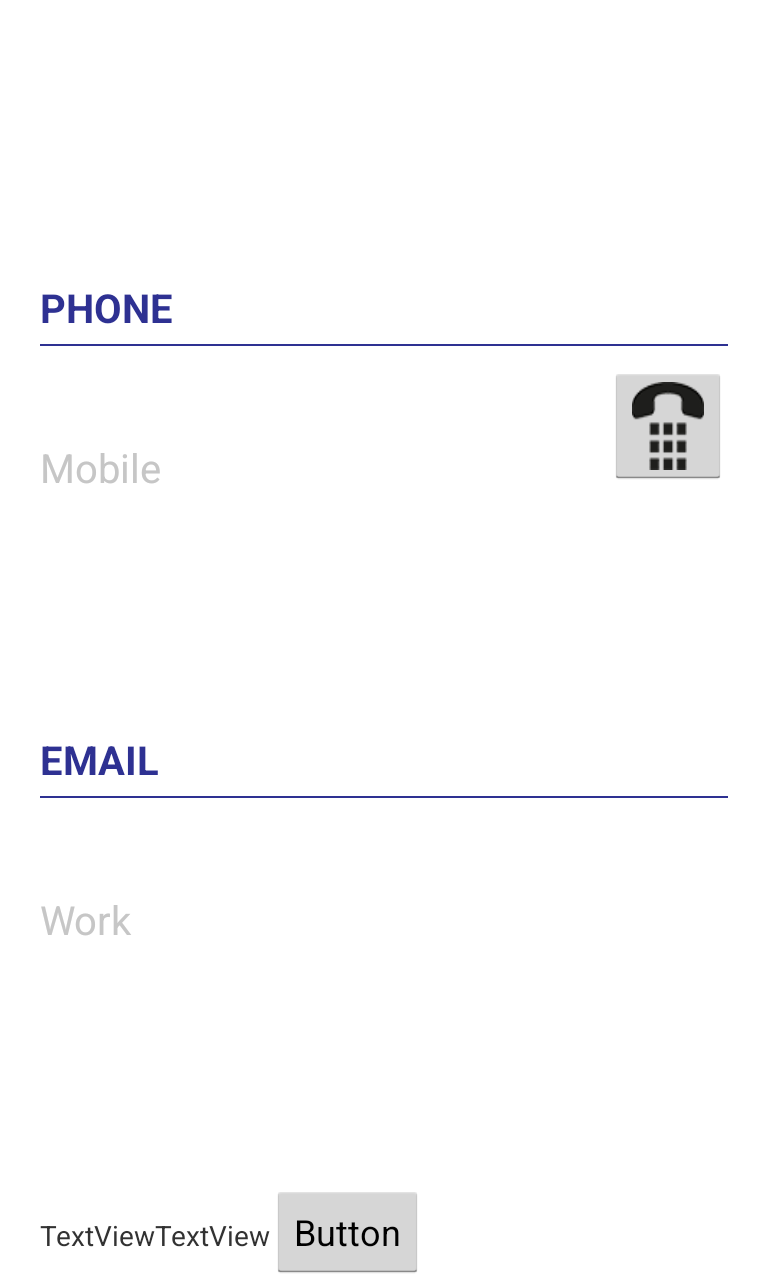
Repository: GitDidNotExitCleanly/FaceLabel
Layout: FaceLabel/res/layout/fragment_member_display.xml
These files come from the project's save history. The layout is drawn as it stood at one moment and after the next save; the edit follows.
It is drawn on a 768 x 1280 px phone screen (xhdpi) without system bars, with theme AppTheme; the app's code is not run.

Above is the layout before, as saved 2015-05-12 17:03:58.

### FaceLabel/res/layout/fragment_member_display.xml
<LinearLayout xmlns:android="http://schemas.android.com/apk/res/android"
    xmlns:tools="http://schemas.android.com/tools"
    android:layout_width="match_parent"
    android:layout_height="match_parent"
    android:gravity="center"
    android:orientation="vertical"
    android:paddingLeft="20dp"
    android:paddingRight="20dp"
    tools:context="com.facelabel.contacts.member.MemberDisplayFragment" >

    <LinearLayout
        android:layout_width="match_parent"
        android:layout_height="wrap_content"
        android:layout_marginBottom="20dp"
        android:layout_marginTop="20dp"
        android:gravity="center" >

        <ImageView
            android:id="@+id/activity_member_photo"
            android:layout_width="100dp"
            android:layout_height="100dp"
            android:scaleType="fitXY" />

        <TextView
            android:id="@+id/activity_member_name"
            android:layout_width="0dp"
            android:layout_height="wrap_content"
            android:paddingLeft="20dp"
            android:textSize="30sp"
            android:layout_weight="1"/>

    </LinearLayout>

    <LinearLayout
        android:layout_width="match_parent"
        android:layout_height="wrap_content"
        android:layout_weight="1"
        android:orientation="vertical" >

        <TextView
            android:layout_width="wrap_content"
            android:layout_height="wrap_content"
            android:text="PHONE"
            android:textStyle="bold"
            android:textColor="#2E3192"
            android:textSize="20sp" />

       	<View
			android:layout_width="fill_parent"
			android:layout_height="1dp"
			android:layout_marginTop="5dp"
			android:layout_marginBottom="10dp"
			android:background="#2E3192"/>

       	<LinearLayout
       	    android:layout_width="match_parent"
       	    android:layout_height="wrap_content"
       	    android:orientation="horizontal" >

       		<LinearLayout
       		    android:layout_width="match_parent"
       		    android:layout_height="wrap_content"
       		    android:layout_weight="1"
       		    android:orientation="vertical" >

       		    <TextView
       		        android:id="@+id/activity_member_phone"
       		        android:layout_width="wrap_content"
       		        android:layout_height="wrap_content"
       		        android:textSize="20sp" />

       		    <TextView
       		        android:layout_width="wrap_content"
       		        android:layout_height="wrap_content"
       		        android:layout_marginBottom="10dp"
       		        android:layout_marginTop="10dp"
       		        android:text="Mobile"
       		        android:textColor="#C6C6C6"
       		        android:textSize="20sp" />
       		</LinearLayout>

       		<ImageButton
       		    android:id="@+id/fragment_member_display_dial"
       		    android:layout_width="120dp"
       		    android:layout_height="60dp"
       		    android:scaleType="fitXY"
       		    android:layout_weight="1"
       		    android:src="@drawable/dial" />

       	</LinearLayout>

    </LinearLayout>

    <LinearLayout
        android:layout_width="match_parent"
        android:layout_height="wrap_content"
        android:layout_weight="1"
        android:orientation="vertical" >

        <TextView
            android:layout_width="wrap_content"
            android:layout_height="wrap_content"
            android:text="EMAIL"
            android:textStyle="bold"
            android:textColor="#2E3192"
            android:textSize="20sp" />

        <View
			android:layout_width="fill_parent"
			android:layout_height="1dp"
			android:layout_marginTop="5dp"
			android:layout_marginBottom="10dp"
			android:background="#2E3192"/>

       	<LinearLayout
            android:layout_width="match_parent"
            android:layout_height="wrap_content"
            android:orientation="vertical" >

            <TextView
				android:id="@+id/activity_member_email"
                android:layout_width="wrap_content"
                android:layout_height="wrap_content"
                android:textSize="20sp" />

            <TextView
                android:layout_width="wrap_content"
                android:layout_height="wrap_content"
                android:layout_marginTop="10dp"
                android:layout_marginBottom="10dp"
                android:textColor="#C6C6C6"
                android:text="Work"
                android:textSize="20sp" />

        </LinearLayout>

    </LinearLayout>

    <LinearLayout
        android:layout_width="match_parent"
        android:layout_height="wrap_content"
        android:background="@drawable/list_item_effect" >

        <TextView
            android:id="@+id/textView1"
            android:layout_width="wrap_content"
            android:layout_height="wrap_content"
            android:text="TextView" />

        <TextView
            android:id="@+id/textView2"
            android:layout_width="wrap_content"
            android:layout_height="wrap_content"
            android:text="TextView" />

        <Button
            android:id="@+id/button1"
            android:layout_width="wrap_content"
            android:layout_height="wrap_content"
            android:text="Button" />

    </LinearLayout>

</LinearLayout>

### FaceLabel/res/values/styles.xml
<resources>

    <!--
        Base application theme, dependent on API level. This theme is replaced
        by AppBaseTheme from res/values-vXX/styles.xml on newer devices.
    -->
    <style name="AppBaseTheme" parent="android:Theme.Light">
        <!--
            Theme customizations available in newer API levels can go in
            res/values-vXX/styles.xml, while customizations related to
            backward-compatibility can go here.
        -->
    </style>

    <!-- Application theme. -->
    <style name="AppTheme" parent="AppBaseTheme">
        <!-- All customizations that are NOT specific to a particular API-level can go here. -->
    </style>

    <style name="PopupMenuAnimation" parent="android:Animation">
        <item name="android:windowEnterAnimation">@anim/slide_up_dialog</item>
        <item name="android:windowExitAnimation">@anim/slide_out_down</item>
	</style>

</resources>

### FaceLabel/res/drawable-mdpi/list_item_effect.xml
<?xml version="1.0" encoding="utf-8"?>
<selector xmlns:android="http://schemas.android.com/apk/res/android" >
    <item android:state_pressed="false" android:drawable="@color/transparent" />
    <item android:state_pressed="true" android:drawable="@color/black" />
    <item android:drawable="@color/transparent" />
</selector>

### FaceLabel/res/values/color.xml
<?xml version="1.0" encoding="utf-8"?>
<resources>
    <color name="black">#3c000000</color>
    <color name="transparent">#00000000</color>
</resources>

### FaceLabel/res/drawable-mdpi/group_list_background.xml
<?xml version="1.0" encoding="utf-8"?>
<shape xmlns:android="http://schemas.android.com/apk/res/android"
    android:shape="rectangle">
    <solid android:color="#ff0000ff"/>
    <stroke android:width="1dp" android:color="#000000" />
    <gradient
        android:startColor="#FFFFFF"
        android:endColor="#FFFFFF"/>
    <padding android:left="7dp"
        android:top="7dp"
        android:right="7dp"
        android:bottom="7dp" />
    <corners android:radius="10dp" />
</shape>

Loaded but not shown: FaceLabel/res/values-v11/styles.xml (common file); FaceLabel/res/values-v14/styles.xml (common file)

After the next save:
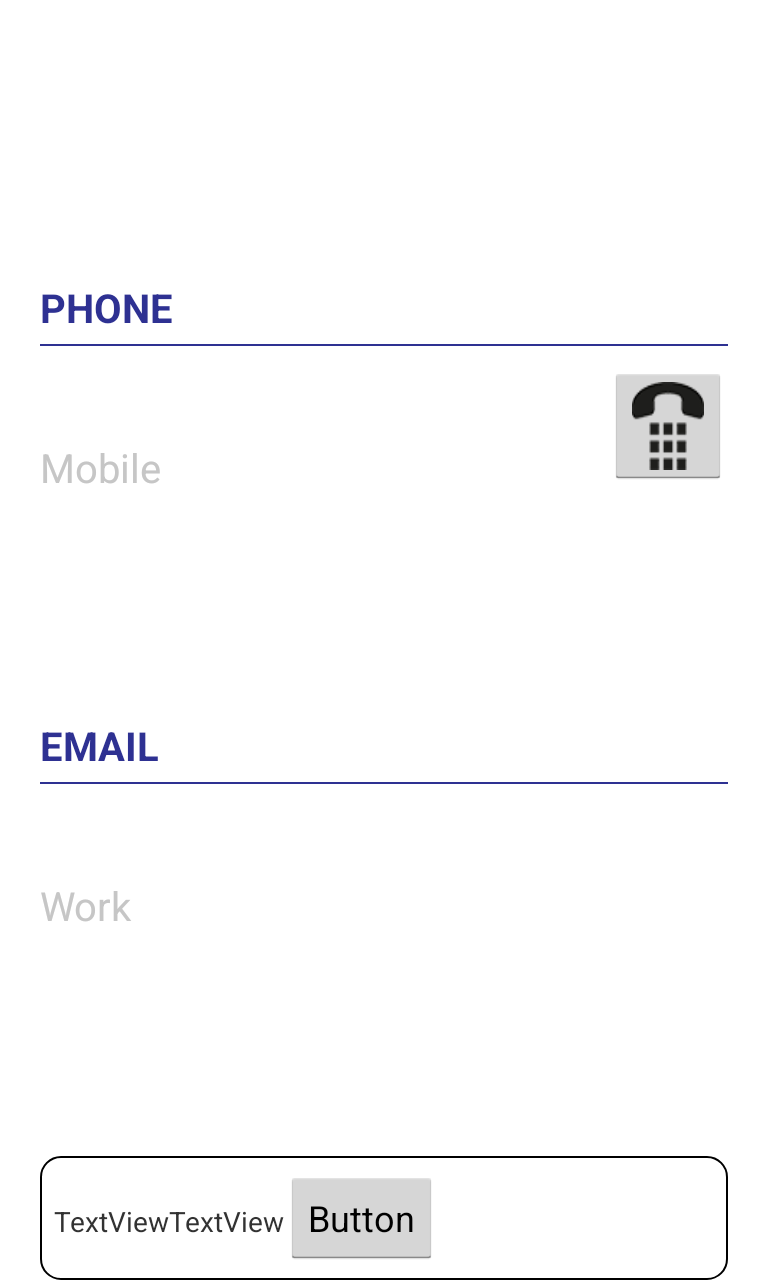
Saved 67 s later.
--- a/FaceLabel/res/layout/fragment_member_display.xml
+++ b/FaceLabel/res/layout/fragment_member_display.xml
@@ -139,7 +139,7 @@
     <LinearLayout
         android:layout_width="match_parent"
         android:layout_height="wrap_content"
-        android:background="@drawable/list_item_effect" >
+        android:background="@drawable/group_list_background" >
 
         <TextView
             android:id="@+id/textView1"
